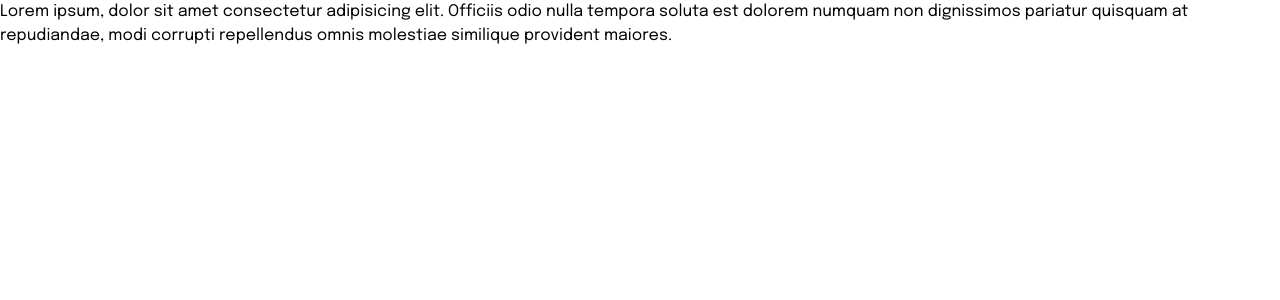
Repository: hoang0508/CrowFunding-APP
Page: /
These files come from the project's save history. The page is drawn as it stood at one moment and after the next save; the edit follows.
The browser window is 1280 px wide. The pictures show the whole page.
The project was rebuilt for these pictures with package versions that can differ from the ones it lists, and the page was loaded fresh each time. Imported but missing from the stored project, and not drawn on this page: src/store/reducers.

Above is the page before, as saved 2022-07-20 09:42:23.

### public/index.html
<!DOCTYPE html>
<html lang="en">
  <head>
    <meta charset="utf-8" />
    <link rel="icon" href="%PUBLIC_URL%/favicon.ico" />
    <meta name="viewport" content="width=device-width, initial-scale=1" />
    <meta name="theme-color" content="#000000" />
    <meta
      name="description"
      content="Web site created using create-react-app"
    />
    <link rel="apple-touch-icon" href="%PUBLIC_URL%/logo192.png" />
    <!--
      manifest.json provides metadata used when your web app is installed on a
      user's mobile device or desktop. See https://developers.google.com/web/fundamentals/web-app-manifest/
    -->
    <link rel="manifest" href="%PUBLIC_URL%/manifest.json" />
    <!--
      Notice the use of %PUBLIC_URL% in the tags above.
      It will be replaced with the URL of the `public` folder during the build.
      Only files inside the `public` folder can be referenced from the HTML.

      Unlike "/favicon.ico" or "favicon.ico", "%PUBLIC_URL%/favicon.ico" will
      work correctly both with client-side routing and a non-root public URL.
      Learn how to configure a non-root public URL by running `npm run build`.
    -->
    <link rel="preconnect" href="https://fonts.googleapis.com" />
    <link rel="preconnect" href="https://fonts.gstatic.com" crossorigin />
    <link
      href="https://fonts.googleapis.com/css2?family=Epilogue:wght@400;500;600;700&display=swap"
      rel="stylesheet"
    />
    <title>Crowfunding App</title>
  </head>
  <body>
    <noscript>You need to enable JavaScript to run this app.</noscript>
    <div id="root"></div>
    <!--
      This HTML file is a template.
      If you open it directly in the browser, you will see an empty page.

      You can add webfonts, meta tags, or analytics to this file.
      The build step will place the bundled scripts into the <body> tag.

      To begin the development, run `npm start` or `yarn start`.
      To create a production bundle, use `npm run build` or `yarn build`.
    -->
  </body>
</html>

### src/index.js
import React from "react";
import { createRoot } from "react-dom/client";
import App from "./App";
import reportWebVitals from "./reportWebVitals";
import "./index.scss";
import { Provider } from "react-redux";
import { store } from "./store/configureStore";
import { BrowserRouter } from "react-router-dom";

const container = document.getElementById("root");
const root = createRoot(container);

root.render(
  <BrowserRouter>
    <Provider store={store}>
      <App />
    </Provider>
  </BrowserRouter>
);

// If you want to start measuring performance in your app, pass a function
// to log results (for example: reportWebVitals(console.log))
// or send to an analytics endpoint. Learn more: https://bit.ly/CRA-vitals
reportWebVitals();

### src/App.js
import React, { lazy, Suspense } from "react";
import { Route, Routes } from "react-router-dom";
const SignUpPage = lazy(() => import("./pages/SignUpPage"));
const SignInPage = lazy(() => import("./pages/SignInPage"));
const DashboardPage = lazy(() => import("pages/DashboardPage"));

function App() {
  return (
    <Suspense fallback={<></>}>
      <Routes>
        <Route path="/" element={<DashboardPage />}></Route>
        <Route path="/sign-up" element={<SignUpPage />}></Route>
        <Route path="/sign-in" element={<SignInPage />}></Route>
      </Routes>
    </Suspense>
  );
}

export default App;

### src/index.scss
@tailwind base;
@tailwind components;
@tailwind utilities;
@layer base {
  body {
    @apply font-primary text-base font-normal;
    line-height: 1.5;
  }
  input {
    @apply outline-none;
  }
}

input:focus + .error-input {
  display: none;
}

### src/store/configureStore.js
import { configureStore } from "@reduxjs/toolkit";
import createSagaMiddleware from "@redux-saga/core";
import logger from "redux-logger";
import { reducer } from "./reducers";
const sagaMiddleware = createSagaMiddleware();

export const store = configureStore({
  reducer: reducer,
  middleware: (gDM) => gDM().concat(logger, sagaMiddleware),
});
// sagaMiddleware.run(rootSaga);

### src/pages/DashboardPage.js
import LayoutDashboard from "layout/LayoutDashboard";
import React from "react";

const DashboardPage = () => {
  return (
    <LayoutDashboard>
      Lorem ipsum, dolor sit amet consectetur adipisicing elit. Officiis odio
      nulla tempora soluta est dolorem numquam non dignissimos pariatur quisquam
      at repudiandae, modi corrupti repellendus omnis molestiae similique
      provident maiores.
    </LayoutDashboard>
  );
};

export default DashboardPage;

### src/layout/LayoutDashboard.js
import React from "react";

const LayoutDashboard = ({ children }) => {
  return <div>{children}</div>;
};

export default LayoutDashboard;

### tailwind.config.js
module.exports = {
  darkMode: "class",
  content: ["./src/**/*.{js,jsx,ts,tsx}"],
  theme: {
    extend: {
      fontFamily: {
        primary: ["Epilogue", "sans-serif;"],
      },
      colors: {
        primary: "#1DC071",
        secondary: "#6F49FD",
        text1: "#171725",
        text2: "#4B5264",
        text3: "#808191",
        text4: "#B2B3BD",
        "icon-color": "#A2A2A8",
        white: "#FFFFFF",
        whiteSoft: "#FCFBFF",
        graySoft: "#FCFCFC",
        strock: "#F1F1F3",
        lite: "#FCFCFD",
        error: "#EB5757",
        darkbg: "#13131A",
        darkSecondary: "#1C1C24",
        softDark: "#22222C",
        darkSoft: "#24242C",
        darkStroke: "#3A3A43",
      },
    },
  },
  plugins: [],
};

Loaded but not shown: src/reportWebVitals.js (common file)

After the next save:
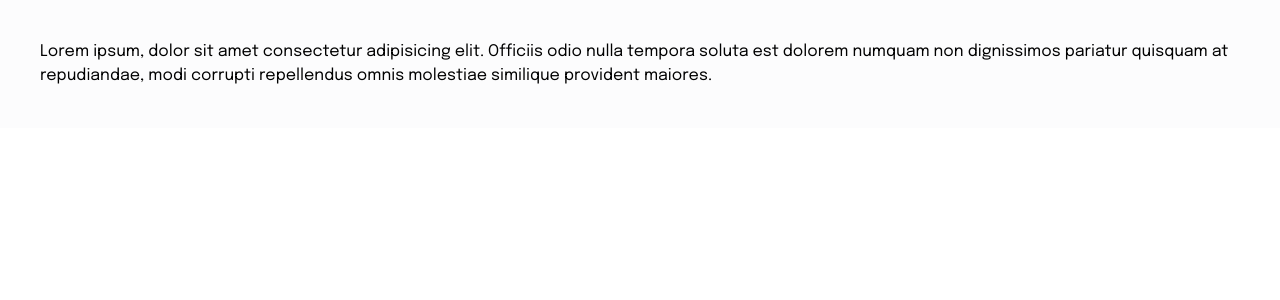
Saved 86 s later.
--- a/src/layout/LayoutDashboard.js
+++ b/src/layout/LayoutDashboard.js
@@ -1,7 +1,7 @@
 import React from "react";
 
 const LayoutDashboard = ({ children }) => {
-  return <div>{children}</div>;
+  return <div className="p-10 bg-lite">{children}</div>;
 };
 
 export default LayoutDashboard;
